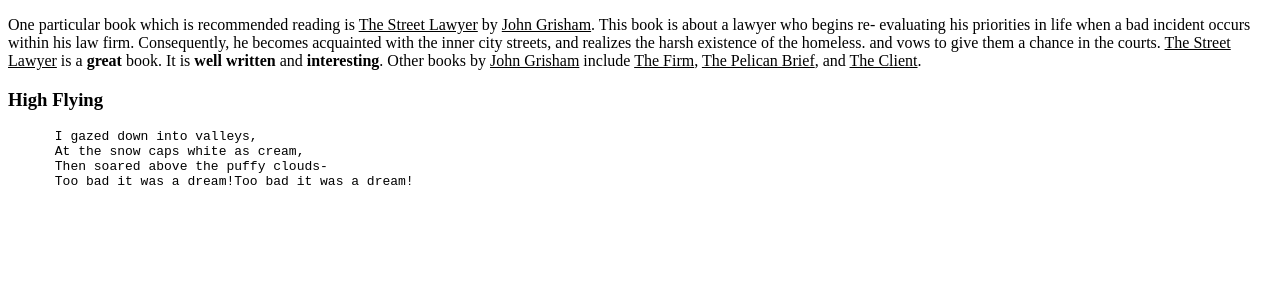
Repository: NguyenPhuSang21023391/HTCNWeb_T1-2
Page: TH_Tuan01/html/bai03.html
An editor plug-in stored every save of this project. The page is shown before and after the next save, followed by the edit.
The browser window is 1280 px wide. The pictures show the whole page.

Above is the page before, as saved 2023-02-19 15:59:03.

After the next save:
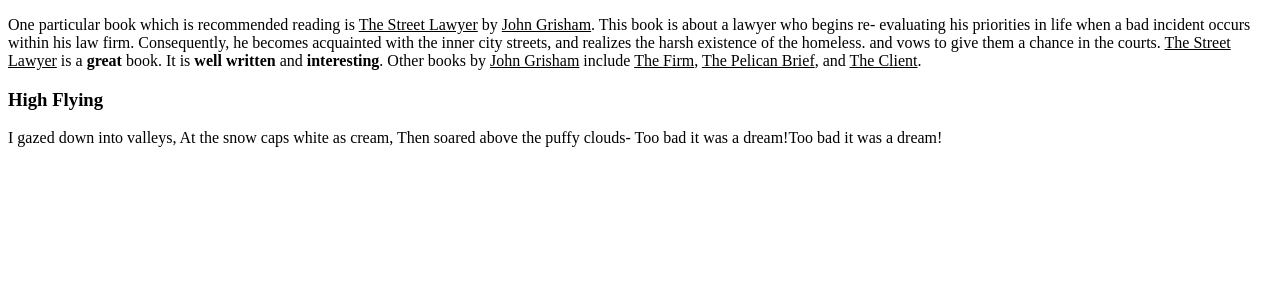
Saved 17 s later.
--- a/TH_Tuan01/html/bai03.html
+++ b/TH_Tuan01/html/bai03.html
@@ -22,12 +22,10 @@
 
     <h3>High Flying</h3>
     <div>
-      <pre style="text-align: left :;">
-      I gazed down into valleys,
-      At the snow caps white as cream,
-      Then soared above the puffy clouds-
-      Too bad it was a dream!Too bad it was a dream!</pre
-      >
+      <p style="text-align: left :;">
+        I gazed down into valleys, At the snow caps white as cream, Then soared
+        above the puffy clouds- Too bad it was a dream!Too bad it was a dream!
+      </p>
     </div>
   </body>
 </html>
